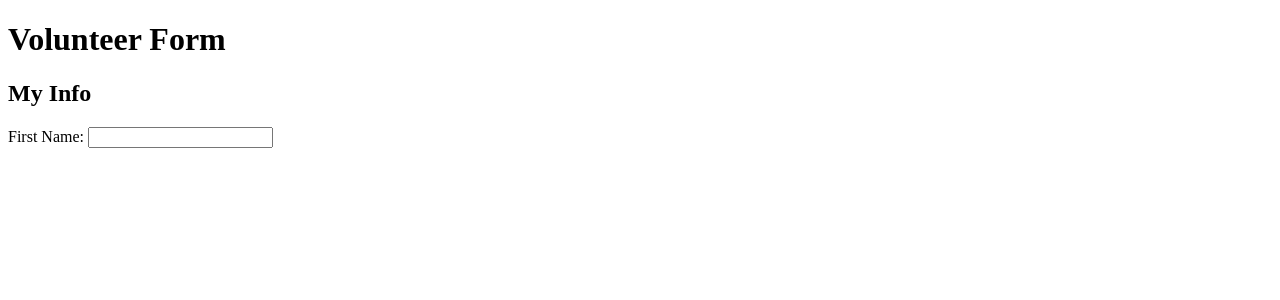
Repository: rishondass/ITMD361-Lab4
Page: index.html
The author's editor kept a copy of each file at every save. The page is drawn from the files as they stood at one save, then again after the next save.
The browser window is 1280 px wide. The pictures show the whole page.

Above is the page before, as saved 2023-01-13 14:48:15.

### index.html
<!DOCTYPE html>
<html lang="en">
<head>
    <meta charset="UTF-8">
    <meta http-equiv="X-UA-Compatible" content="IE=edge">
    <meta name="viewport" content="width=device-width, initial-scale=1.0">
    <title>Lab 4</title>
</head>
<body>
    <h1>
        Volunteer Form
    </h1>
    <h2>
        My Info
    </h2>

    <form action="POST">
        <label for="first_name_field">First Name:</label>
        <input type="text">
    </form>
</body>
</html>

After the next save:
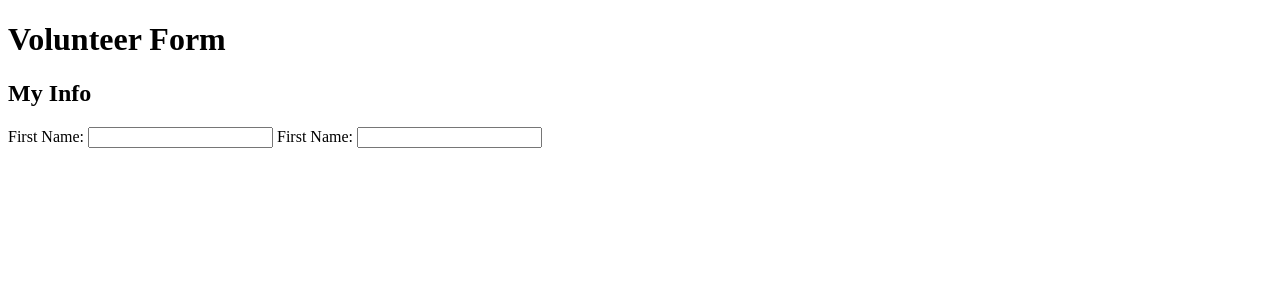
Saved 16 s later.
--- a/index.html
+++ b/index.html
@@ -17,6 +17,8 @@
     <form action="POST">
         <label for="first_name_field">First Name:</label>
         <input type="text">
+        <label for="first_name_field">First Name:</label>
+        <input type="text">
     </form>
 </body>
 </html>
